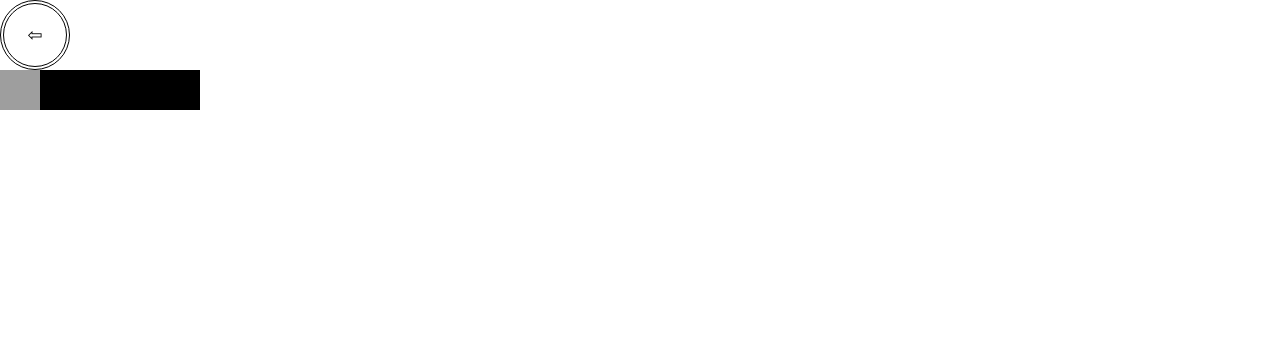
Repository: Mush-s/Folio-OX
Page: /profile
The author's editor kept a copy of each file at every save. The page is drawn from the files as they stood at one save, then again after the next save.
The browser window is 1280 px wide. The pictures show the whole page.
Pictures or frames that could not be fetched are drawn as grey boxes. The project was rebuilt for these pictures with package versions that can differ from the ones it lists, and the page was loaded fresh each time. Also part of the build but not shown: src/TicTacToe/AfterGame/AfterGame.css, src/TicTacToe/AfterGame/AfterGame.js, src/TicTacToe/Game/Cell.css, src/TicTacToe/Game/Cell.js, src/TicTacToe/Patterns/Pattern.js, src/TicTacToe/Game/GameButtons/GameButtons.css, src/TicTacToe/Game/GameButtons/GameButtons.js, src/TicTacToe/Game/Game.css and 18 more.

Above is the page before, as saved 2022-09-20 17:58:39.

### public/index.html
<!DOCTYPE html>
<html lang="en">
  <head>
    <meta charset="utf-8" />
    <link rel="icon" href="%PUBLIC_URL%/favicon.ico" />
    <meta name="viewport" content="width=device-width, initial-scale=1" />
    <meta name="theme-color" content="#000000" />
    <meta
      name="description"
      content="Web site created using create-react-app"
    />
    <link rel="apple-touch-icon" href="%PUBLIC_URL%/logo192.png" />
    <!--
      manifest.json provides metadata used when your web app is installed on a
      user's mobile device or desktop. See https://developers.google.com/web/fundamentals/web-app-manifest/
    -->
    <link rel="manifest" href="%PUBLIC_URL%/manifest.json" />
    <!--
      Notice the use of %PUBLIC_URL% in the tags above.
      It will be replaced with the URL of the `public` folder during the build.
      Only files inside the `public` folder can be referenced from the HTML.

      Unlike "/favicon.ico" or "favicon.ico", "%PUBLIC_URL%/favicon.ico" will
      work correctly both with client-side routing and a non-root public URL.
      Learn how to configure a non-root public URL by running `npm run build`.
    -->
    <title>React App</title>
  </head>
  <body>
    <noscript>You need to enable JavaScript to run this app.</noscript>
    <div id="root"></div>
    <div id="portal"></div>
    <div id="howmany"></div>
    <!--
      This HTML file is a template.
      If you open it directly in the browser, you will see an empty page.

      You can add webfonts, meta tags, or analytics to this file.
      The build step will place the bundled scripts into the <body> tag.

      To begin the development, run `npm start` or `yarn start`.
      To create a production bundle, use `npm run build` or `yarn build`.
    -->
  </body>
</html>

### src/index.js
import { createRoot } from "react-dom/client";
import { BrowserRouter } from "react-router-dom";
import ReactDOM from "react-dom";
import AfterGame from "./TicTacToe/AfterGame/AfterGame";

import App from "./App";
import BeforeGame from "./NanMon/BeforeGame/BeforeGame";
const container = document.getElementById("root");
const root = createRoot(container);
root.render(
  <BrowserRouter>
    <App />
  </BrowserRouter>
);

export const OverLay = (props) => {
  return ReactDOM.createPortal(
    <AfterGame onClick={props.onClick} result={props.result} />,
    document.getElementById("portal")
  );
};
export const HowMany = (props) => {
  return ReactDOM.createPortal(
    <BeforeGame />,
    document.getElementById("howmany")
  );
};

### src/App.js
import "./App.css";
import Game from "./TicTacToe/Game/Game";
import Game1 from "./NanMon/Game/Game1";
import Start from "./Start/Start";
import { Route, Routes } from "react-router-dom";
import Profile from "./Profile/Profile";

const App = () => {
  return (
    <div className="app">
      <Routes>
        <Route path="/" element={<Start />} />
        <Route path="/tictactou" element={<Game />} />
        <Route path="/nanmon" element={<Game1 />} />
        <Route path="/profile" element={<Profile />} />
      </Routes>
    </div>
  );
};

export default App;

### src/App.css
.app {
  position: relative;
  height: 100vh;
  width: 100%;
  font-family: "Courier New", Courier, monospace;
  /* background-image: url(https://png.pngtree.com/thumb_back/fh260/background/20210308/pngtree-vs-versus-challenge-gaming-background-banner-blue-image_582152.jpg);
  background-size: contain; */
}
/* Document
 * ========================================================================== */

/**
 * 1. Add border box sizing in all browsers (opinionated).
 * 2. Backgrounds do not repeat by default (opinionated).
 */

*,
::before,
::after {
  box-sizing: border-box; /* 1 */
  background-repeat: no-repeat; /* 2 */
}

/**
  * 1. Add text decoration inheritance in all browsers (opinionated).
  * 2. Add vertical alignment inheritance in all browsers (opinionated).
  */

::before,
::after {
  text-decoration: inherit; /* 1 */
  vertical-align: inherit; /* 2 */
}

/**
  * 1. Use the default cursor in all browsers (opinionated).
  * 2. Change the line height in all browsers (opinionated).
  * 3. Breaks words to prevent overflow in all browsers (opinionated).
  * 4. Use a 4-space tab width in all browsers (opinionated).
  * 5. Remove the grey highlight on links in iOS (opinionated).
  * 6. Prevent adjustments of font size after orientation changes in iOS.
  */

:where(:root) {
  cursor: default; /* 1 */
  line-height: 1.5; /* 2 */
  overflow-wrap: break-word; /* 3 */
  -moz-tab-size: 4; /* 4 */
  tab-size: 4; /* 4 */
  -webkit-tap-highlight-color: transparent; /* 5 */
  -webkit-text-size-adjust: 100%; /* 6 */
  text-size-adjust: 100%; /* 6 */
}

/* Sections
  * ========================================================================== */

/**
  * Remove the margin in all browsers (opinionated).
  */

:where(body) {
  margin: 0;
}

/**
  * Correct the font size and margin on `h1` elements within `section` and
  * `article` contexts in Chrome, Edge, Firefox, and Safari.
  */

:where(h1) {
  font-size: 2em;
  margin: 0.67em 0;
}

/* Grouping content
  * ========================================================================== */

/**
  * Remove the margin on nested lists in Chrome, Edge, and Safari.
  */

:where(dl, ol, ul) :where(dl, ol, ul) {
  margin: 0;
}

/**
  * 1. Correct the inheritance of border color in Firefox.
  * 2. Add the correct box sizing in Firefox.
  */

:where(hr) {
  color: inherit; /* 1 */
  height: 0; /* 2 */
}

/**
  * Remove the list style on navigation lists in all browsers (opinionated).
  */

:where(nav) :where(ol, ul) {
  list-style-type: none;
  padding: 0;
}

/**
  * Prevent VoiceOver from ignoring list semantics in Safari (opinionated).
  */

:where(nav li)::before {
  content: "\200B";
  float: left;
}

/**
  * 1. Correct the inheritance and scaling of font size in all browsers.
  * 2. Correct the odd `em` font sizing in all browsers.
  * 3. Prevent overflow of the container in all browsers (opinionated).
  */

:where(pre) {
  font-family: monospace, monospace; /* 1 */
  font-size: 1em; /* 2 */
  overflow: auto; /* 3 */
}

/* Text-level semantics
  * ========================================================================== */

/**
  * Add the correct text decoration in Safari.
  */

:where(abbr[title]) {
  text-decoration: underline;
  text-decoration: underline dotted;
}

/**
  * Add the correct font weight in Chrome, Edge, and Safari.
  */

:where(b, strong) {
  font-weight: bolder;
}

/**
  * 1. Correct the inheritance and scaling of font size in all browsers.
  * 2. Correct the odd `em` font sizing in all browsers.
  */

:where(code, kbd, samp) {
  font-family: monospace, monospace; /* 1 */
  font-size: 1em; /* 2 */
}

/**
  * Add the correct font size in all browsers.
  */

:where(small) {
  font-size: 80%;
}

/* Embedded content
  * ========================================================================== */

/*
  * Change the alignment on media elements in all browsers (opinionated).
  */

:where(audio, canvas, iframe, img, svg, video) {
  vertical-align: middle;
}

/**
  * Remove the border on iframes in all browsers (opinionated).
  */

:where(iframe) {
  border-style: none;
}

/**
  * Change the fill color to match the text color in all browsers (opinionated).
  */

:where(svg:not([fill])) {
  fill: currentColor;
}

/* Tabular data
  * ========================================================================== */

/**
  * 1. Collapse border spacing in all browsers (opinionated).
  * 2. Correct table border color in Chrome, Edge, and Safari.
  * 3. Remove text indentation from table contents in Chrome, Edge, and Safari.
  */

:where(table) {
  border-collapse: collapse; /* 1 */
  border-color: currentColor; /* 2 */
  text-indent: 0; /* 3 */
}

/* Forms
  * ========================================================================== */

/**
  * Remove the margin on controls in Safari.
  */

:where(button, input, select) {
  margin: 0;
}

/**
  * Correct the inability to style buttons in iOS and Safari.
  */

:where(button, [type="button" i], [type="reset" i], [type="submit" i]) {
  -webkit-appearance: button;
}

/**
  * Change the inconsistent appearance in all browsers (opinionated).
  */

:where(fieldset) {
  border: 1px solid #a0a0a0;
}

/**
  * Add the correct vertical alignment in Chrome, Edge, and Firefox.
  */

:where(progress) {
  vertical-align: baseline;
}

/**
  * 1. Remove the margin in Firefox and Safari.
  * 3. Change the resize direction in all browsers (opinionated).
  */

:where(textarea) {
  margin: 0; /* 1 */
  resize: vertical; /* 3 */
}

/**
  * 1. Correct the odd appearance in Chrome, Edge, and Safari.
  * 2. Correct the outline style in Safari.
  */

:where([type="search" i]) {
  -webkit-appearance: textfield; /* 1 */
  outline-offset: -2px; /* 2 */
}

/**
  * Correct the cursor style of increment and decrement buttons in Safari.
  */

::-webkit-inner-spin-button,
::-webkit-outer-spin-button {
  height: auto;
}

/**
  * Correct the text style of placeholders in Chrome, Edge, and Safari.
  */

::-webkit-input-placeholder {
  color: inherit;
  opacity: 0.54;
}

/**
  * Remove the inner padding in Chrome, Edge, and Safari on macOS.
  */

::-webkit-search-decoration {
  -webkit-appearance: none;
}

/**
  * 1. Correct the inability to style upload buttons in iOS and Safari.
  * 2. Change font properties to `inherit` in Safari.
  */

::-webkit-file-upload-button {
  -webkit-appearance: button; /* 1 */
  font: inherit; /* 2 */
}

/* Interactive
  * ========================================================================== */

/*
  * Add the correct styles in Safari.
  */

:where(dialog) {
  background-color: white;
  border: solid;
  color: black;
  height: -moz-fit-content;
  height: fit-content;
  left: 0;
  margin: auto;
  padding: 1em;
  position: absolute;
  right: 0;
  width: -moz-fit-content;
  width: fit-content;
}

:where(dialog:not([open])) {
  display: none;
}

/*
  * Add the correct display in Safari.
  */

:where(details > summary:first-of-type) {
  display: list-item;
}

/* Accessibility
  * ========================================================================== */

/**
  * Change the cursor on busy elements in all browsers (opinionated).
  */

:where([aria-busy="true" i]) {
  cursor: progress;
}

/*
  * Change the cursor on disabled, not-editable, or otherwise
  * inoperable elements in all browsers (opinionated).
  */

:where([aria-disabled="true" i], [disabled]) {
  cursor: not-allowed;
}

/*
  * Change the display on visually hidden accessible elements
  * in all browsers (opinionated).
  */

:where([aria-hidden="false" i][hidden]) {
  display: initial;
}

:where([aria-hidden="false" i][hidden]:not(:focus)) {
  clip: rect(0, 0, 0, 0);
  position: absolute;
}

a:-webkit-any-link {
  color: black;
  text-decoration: none;
}

button {
  cursor: pointer;
}

ul {
  padding-inline-start: 0;
  margin-block-start: 0;
}

### src/Profile/Profile.js
import Back from "../Components/Back/Back";
import "./Profile.css";
const Profile = () => {
  return (
    <>
      <Back />
      <div className="profile">
        <div className="picture">
          <img src="http://livedoor.blogimg.jp/snoo_frontpage/imgs/9/4/9460ea59-s.png" />
        </div>
      </div>
    </>
  );
};

export default Profile;

### src/Components/Back/Back.js
import "./Back.css";
import { useNavigate } from "react-router-dom";

const Back = () => {
  const navigate = useNavigate();
  const backHandler = () => {
    navigate("/");
  };
  return (
    <button className="back" onClick={backHandler}>
      ⇦
    </button>
  );
};

export default Back;

### src/Profile/Profile.css
.profile{
    background-color: black;
    width:200px;
}

.profile img{
    width:40px;
    height:40px;
}

### src/Components/Back/Back.css
.back {
  width: 70px;
  height: 70px;
  font-size: 18px;
  display: inline-block;
  background: #ffffff;
  border: double 4px #000000;
  border-radius: 50%;
  text-align: center;
  overflow: hidden;
  cursor: pointer;
}

After the next save:
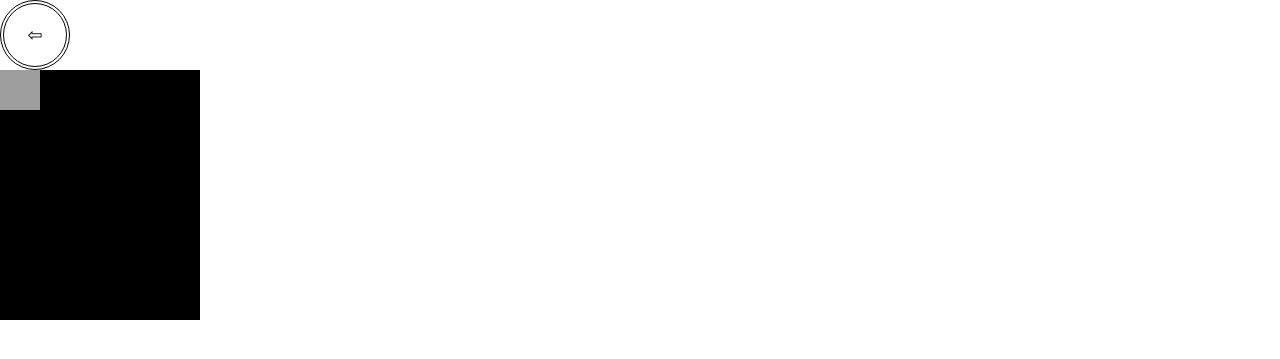
Saved 10 s later.
--- a/src/Profile/Profile.css
+++ b/src/Profile/Profile.css
@@ -1,6 +1,7 @@
 .profile{
     background-color: black;
     width:200px;
+    height:250px;
 }
 
 .profile img{
